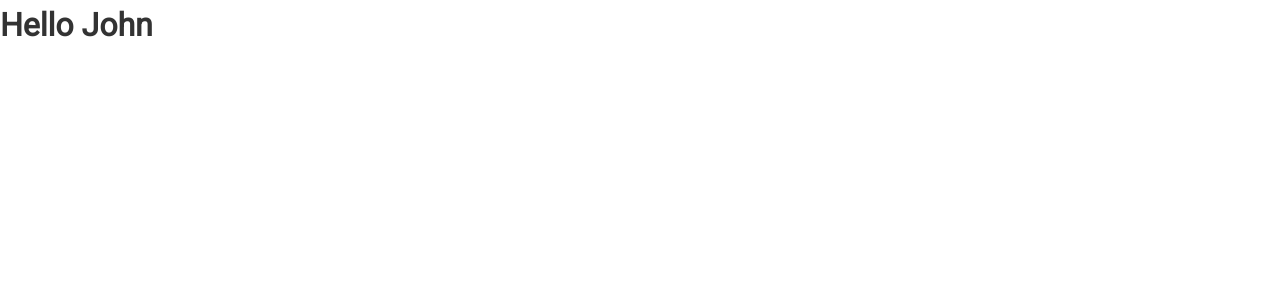
Repository: messimacky/github-finder
Page: /
These files come from the project's save history. The page is drawn as it stood at one moment and after the next save; the edit follows.
The browser window is 1280 px wide. The pictures show the whole page.
The project was rebuilt for these pictures with package versions that can differ from the ones it lists, and the page was loaded fresh each time.

Above is the page before, as saved 2022-02-21 09:58:23.

After the next save:
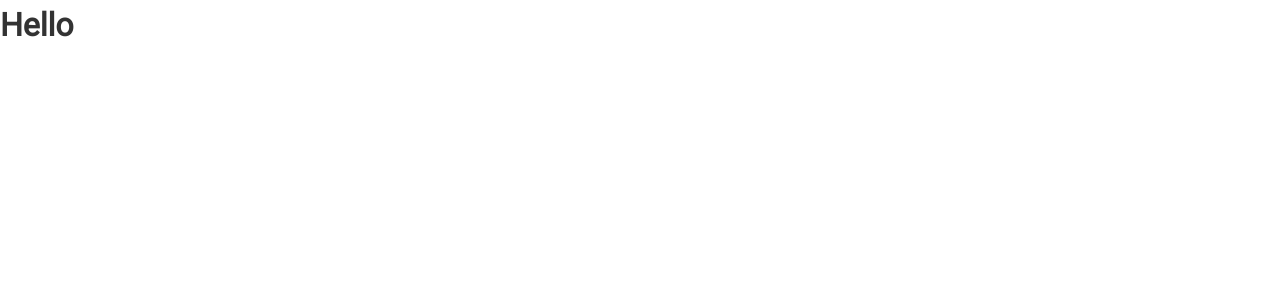
Saved 43 s later.
--- a/src/App.js
+++ b/src/App.js
@@ -6,7 +6,7 @@
 render(){
   const name = "John";
   const loading=false;
-  const showName=true;
+  const showName=false;
 
  return (
     <div className='App'>

After the 3 saves that followed:
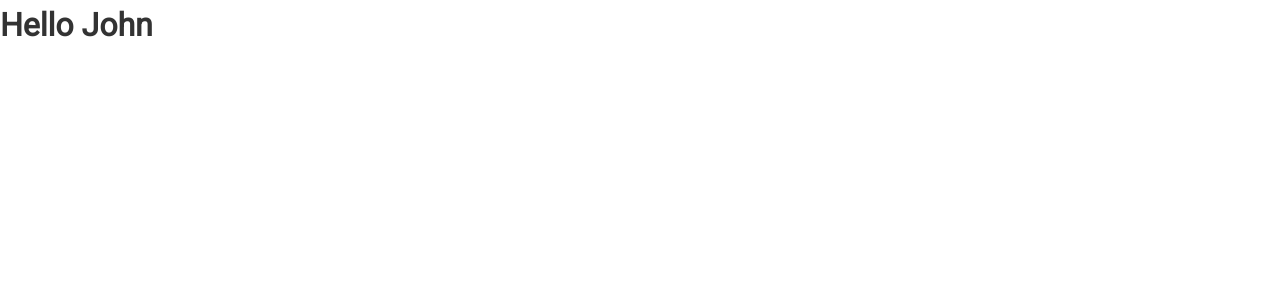
The 3 saves are shown as one change because 2 left the picture as it was.
The last was saved 6 min 28 s later.
--- a/src/App.js
+++ b/src/App.js
@@ -6,7 +6,7 @@
 render(){
   const name = "John";
   const loading=false;
-  const showName=false;
+  const showName=true;
 
  return (
     <div className='App'>
